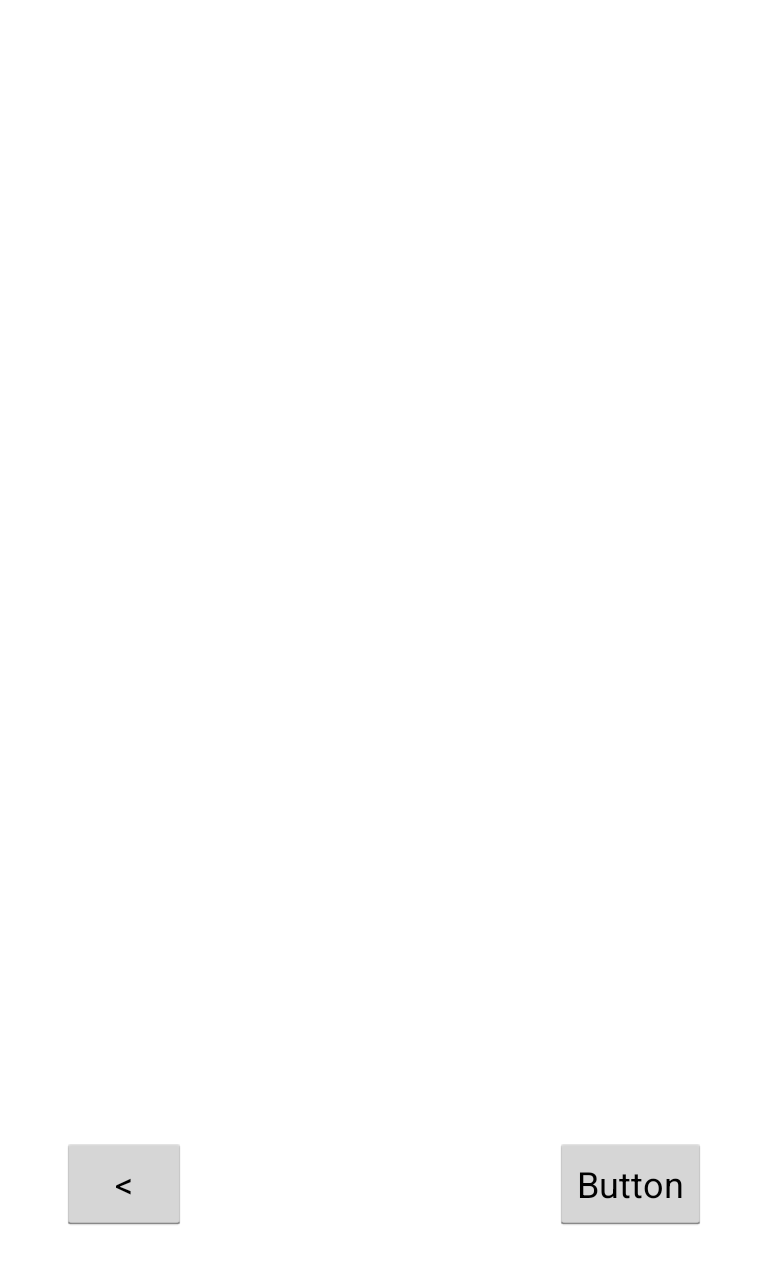
Repository: cho15255/Android-Test
Layout: ApplicationActivity/res/layout/page_2.xml
These files come from the project's save history. The layout is drawn as it stood at one moment and after the next save; the edit follows.
It is drawn on a 768 x 1280 px phone screen (xhdpi) without system bars, with theme AppTheme; the app's code is not run.

Above is the layout before, as saved 2013-05-13 19:01:40.

### ApplicationActivity/res/layout/page_2.xml
<?xml version="1.0" encoding="utf-8"?>
<RelativeLayout xmlns:android="http://schemas.android.com/apk/res/android"
    android:layout_width="match_parent"
    android:layout_height="match_parent" >

    <Button
        android:id="@+id/button1"
        android:layout_width="wrap_content"
        android:layout_height="wrap_content"
        android:layout_alignParentBottom="true"
        android:layout_alignParentLeft="true"
        android:layout_marginBottom="24dp"
        android:layout_marginLeft="30dp"
        android:text="@string/back" />

    <Button
        android:id="@+id/button2"
        android:layout_width="wrap_content"
        android:layout_height="wrap_content"
        android:layout_alignParentBottom="true"
        android:layout_alignParentRight="true"
        android:layout_marginBottom="24dp"
        android:layout_marginRight="30dp"
        android:text="Button" />

</RelativeLayout>

### ApplicationActivity/res/values/strings.xml
<?xml version="1.0" encoding="utf-8"?>
<resources>

    <string name="app_name">ApplicationActivity</string>
    <string name="action_settings">Settings</string>
    <string name="hello_world">Hello world!</string>
    <string name="back">&lt; </string>
    <string name="back2">&lt;&lt;</string>
    <string name="next">&gt; </string>

</resources>

Loaded but not shown: ApplicationActivity/res/values/styles.xml (common file); ApplicationActivity/res/values-v11/styles.xml (common file); ApplicationActivity/res/values-v14/styles.xml (common file)

After the next save:
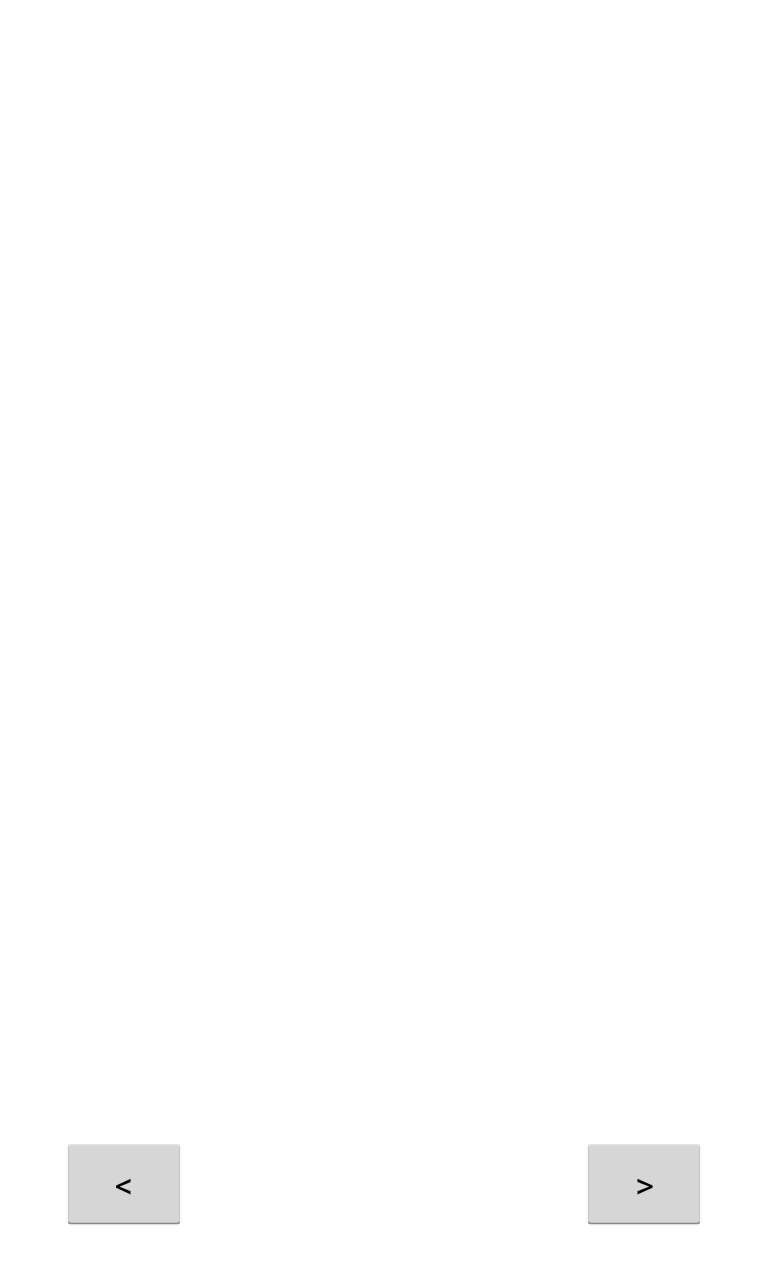
Saved 5 s later.
--- a/ApplicationActivity/res/layout/page_2.xml
+++ b/ApplicationActivity/res/layout/page_2.xml
@@ -21,6 +21,6 @@
         android:layout_alignParentRight="true"
         android:layout_marginBottom="24dp"
         android:layout_marginRight="30dp"
-        android:text="Button" />
+        android:text="@string/next" />
 
 </RelativeLayout>
